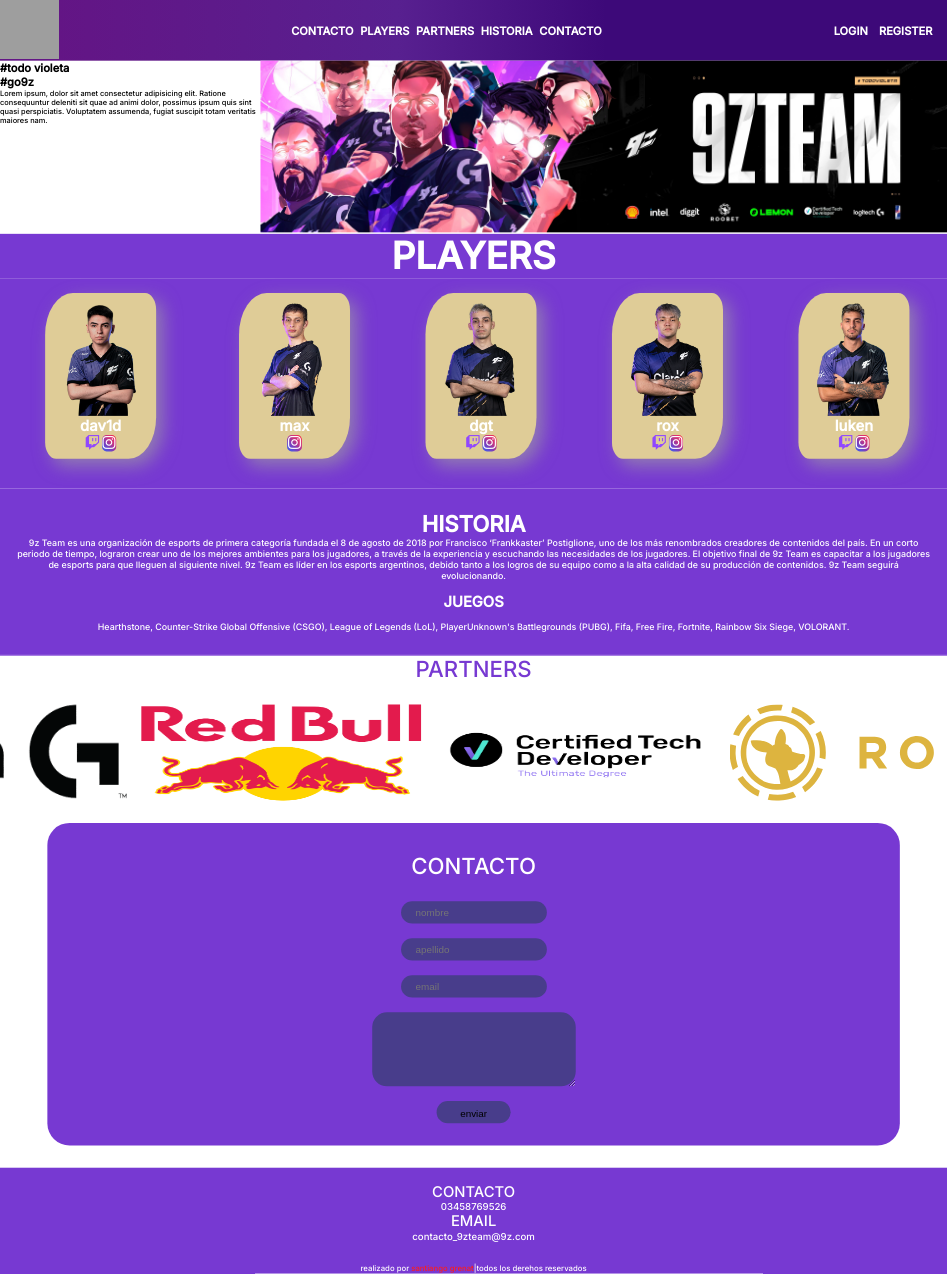
Repository: santig20/trabajo-practico-integrador-nuncba-html-css-
Page: index.html
These files come from the project's save history. The page is drawn as it stood at one moment and after a run of saves; the edit follows.
The browser window is 1280 px wide. The pictures show the whole page, at 74% of full size.
Pictures or frames that could not be fetched are drawn as grey boxes. Some web libraries are served in a nearby version.

Above is the page before, as saved 2022-06-25 00:25:36.

After the next 3 saves:
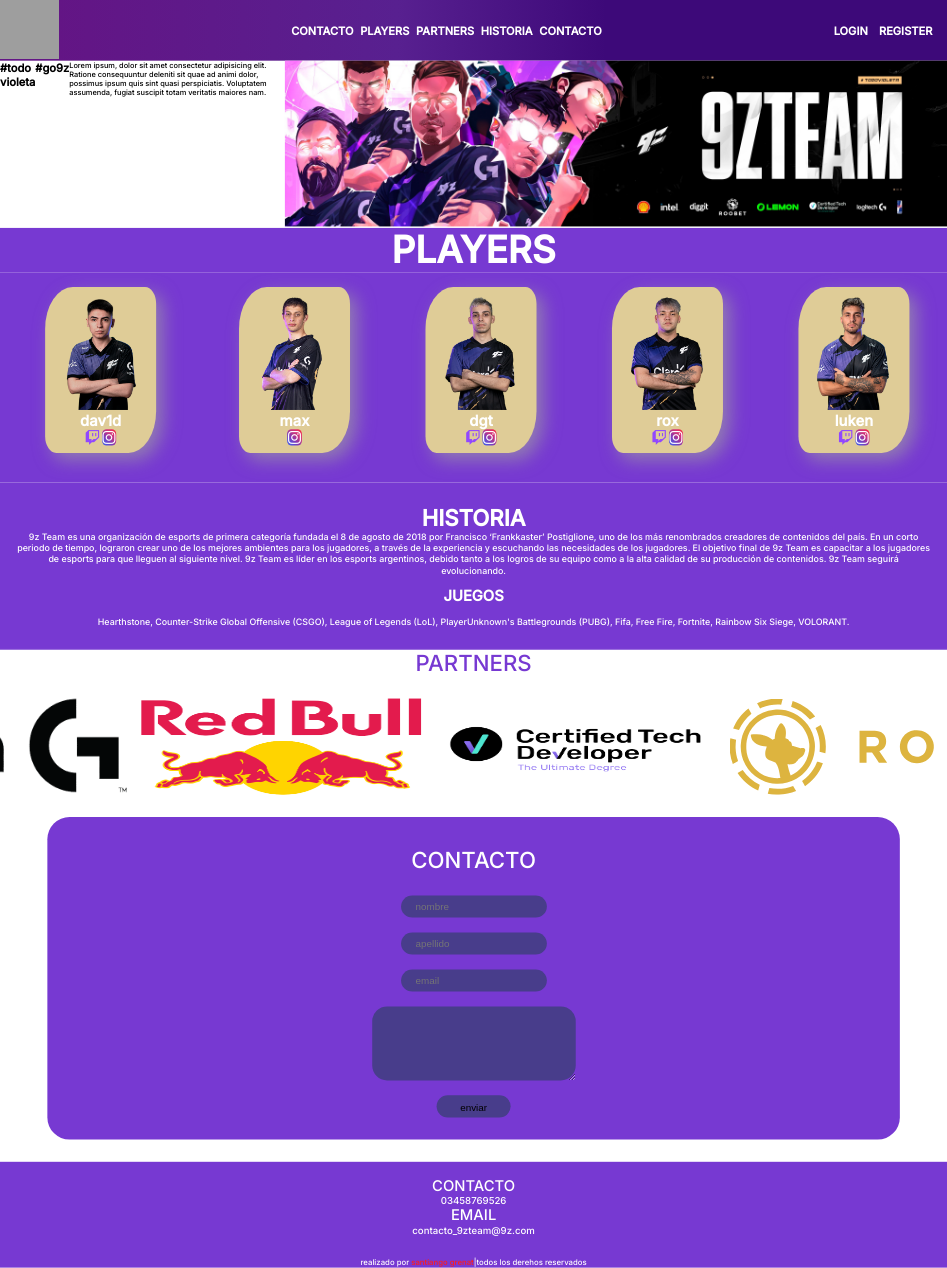
The 3 saves are shown as one change because they came seconds apart.
The last was saved 9 s later.
--- a/desktop.css
+++ b/desktop.css
@@ -16,8 +16,8 @@
     }
     .texto_hero {
         display:flex;
-       flex-direction: column;
+
     }
-    .texto_hero span {
+    .texto_hero h1 {
         flex-direction: column;
     }

After the 3 saves that followed:
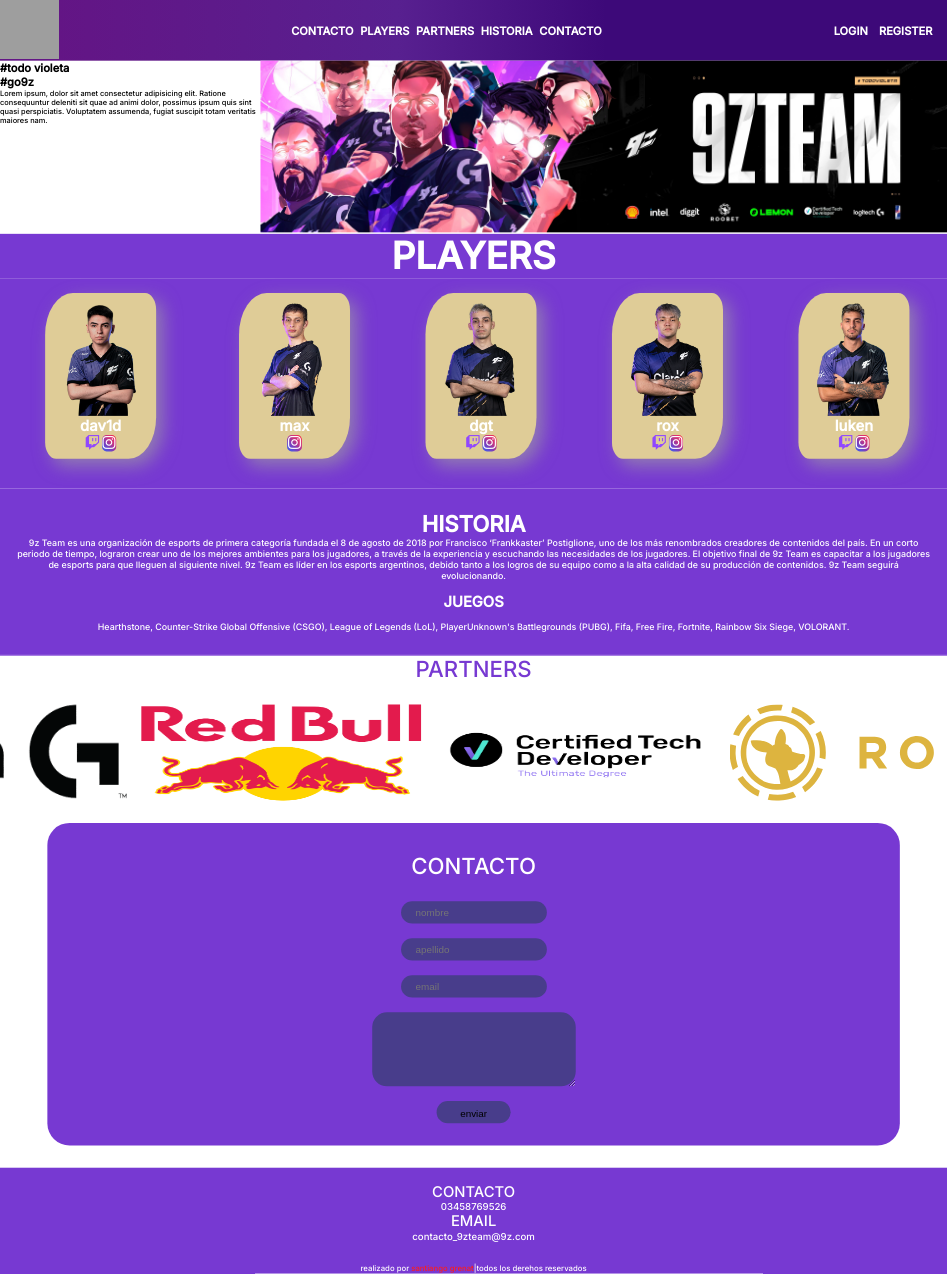
The 3 saves are shown as one change because 1 left the picture as it was and some came seconds apart.
The last was saved 76 s later.
--- a/desktop.css
+++ b/desktop.css
@@ -15,9 +15,9 @@
         display: flex;
     }
     .texto_hero {
-        display:flex;
+        display:block;
 
     }
-    .texto_hero h1 {
+    .texto_hero  {
         flex-direction: column;
     }
